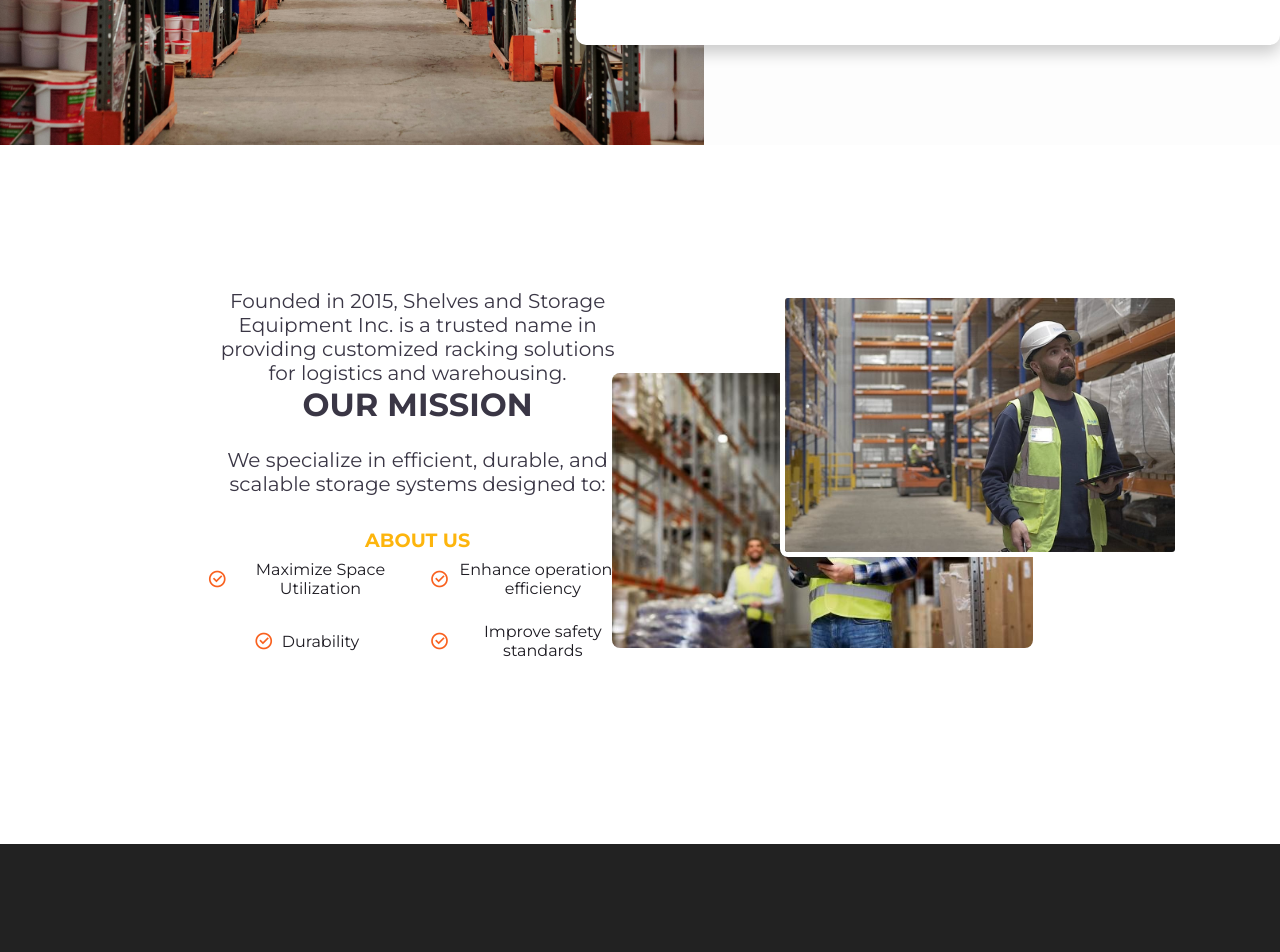
Repository: jahatesu/shelves-and-storage-equipment
Page: index.html
An editor plug-in stored every save of this project. The page is shown before and after the next save, followed by the edit.
The browser window is 1280 px wide. The pictures show the part of the page from y = 1327 to 2279 px (the page is 7811 px tall before and 7715 px after).
A picture or video elsewhere on the page could not be fetched, so the positions and the page height are approximate. Backgrounds fixed to the window are drawn as part of the page. Some web fonts or font styles are not loaded; a fallback is used. Some web libraries are served in a nearby version.

Above is the page before, as saved 2025-01-25 19:34:37.
Console error: TypeError: Cannot read properties of null (reading 'querySelector')

After the next save:
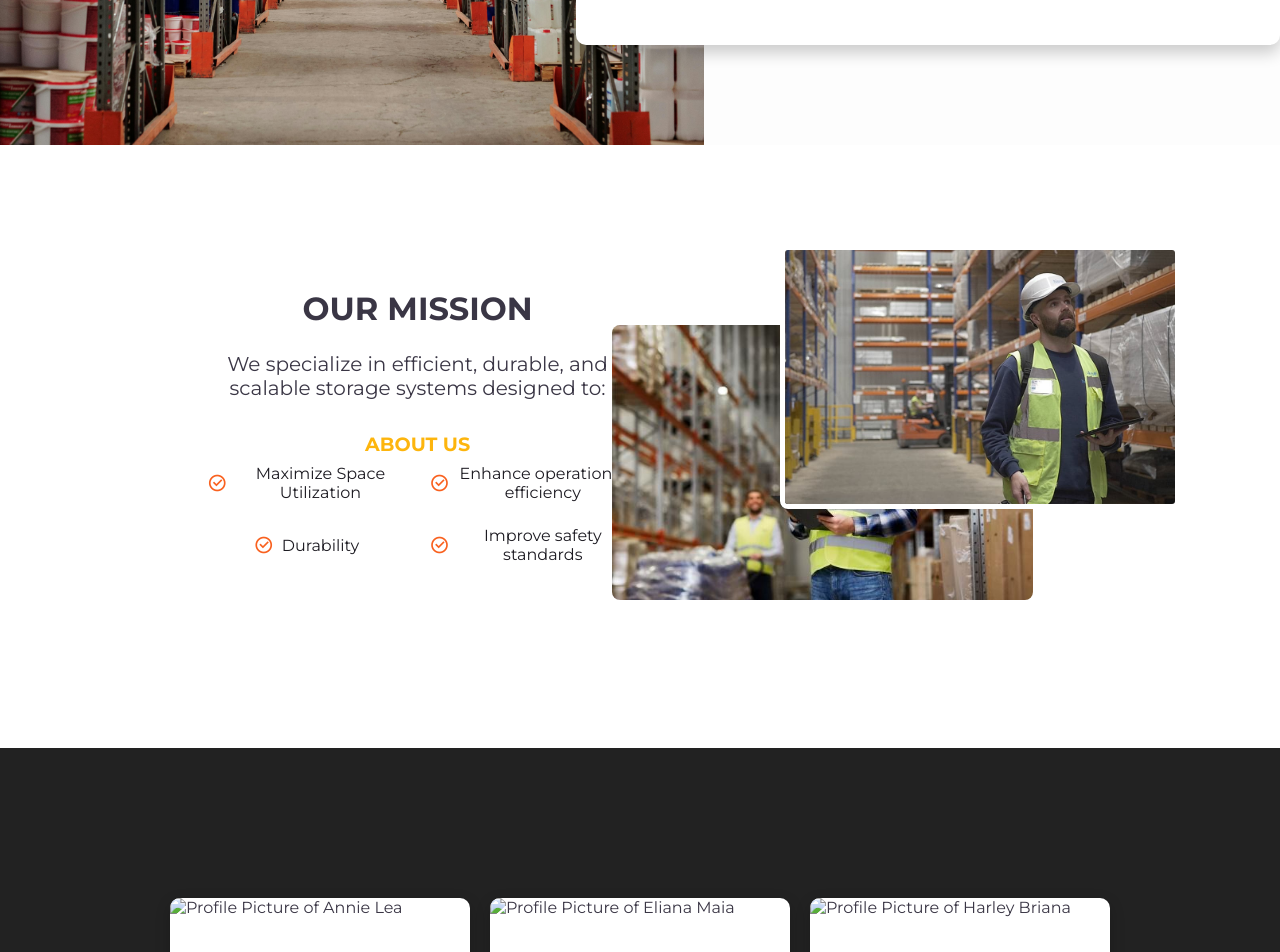
Saved 6 s later.
--- a/index.html
+++ b/index.html
@@ -65,9 +65,6 @@
 <section class="about section" id="about">
     <div class="about_container container grid">
         <div class="about_data">
-            <p>
-                Founded in 2015, Shelves and Storage Equipment Inc. is a trusted name in providing customized racking solutions for logistics and warehousing.
-            </p>
             <h2 class="section_title">OUR MISSION</h2>
             <p class="about_description">
                 We specialize in efficient, durable, and scalable storage systems designed to:
